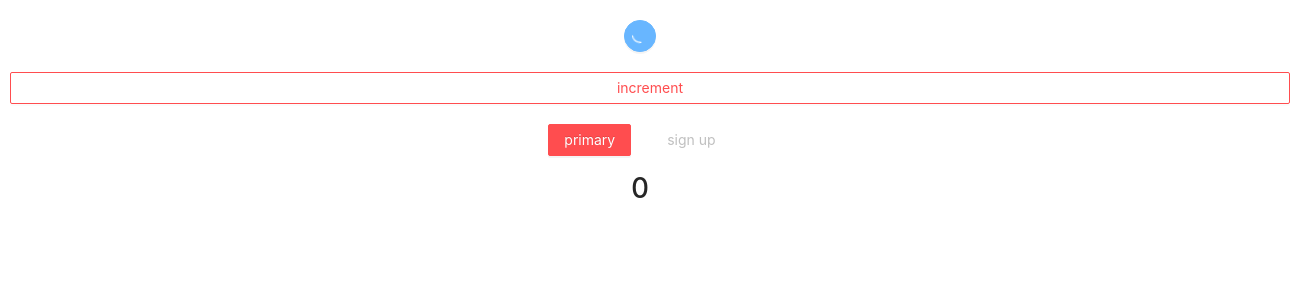
Repository: ErosHai/antd-demo
Page: /
An editor plug-in stored every save of this project. The page is shown before and after the next save, followed by the edit.
The browser window is 1280 px wide. The page is 1300 px wide, so the pictures cover 1300 px, including what lies to the right of the window. The pictures show the whole page.
The project was rebuilt for these pictures with package versions that can differ from the ones it lists, and the page was loaded fresh each time.

Above is the page before, as saved 2022-04-12 15:03:32.

After the next save:
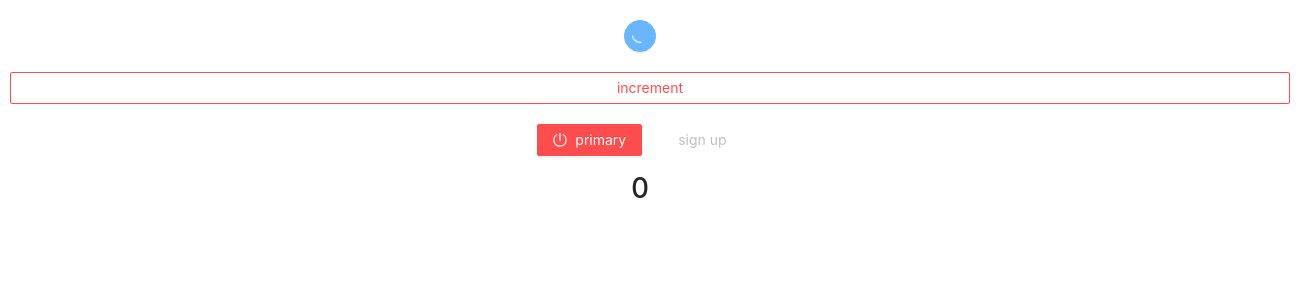
Saved 19 s later.
--- a/src/App.js
+++ b/src/App.js
@@ -28,7 +28,7 @@ function App() {
 			>
 				increment
 			</Button>
-			<Button type="primary" danger>
+			<Button type="primary" danger icon={<PoweroffOutlined />}>
 				primary
 			</Button>
 			<Button type="text" disabled>
